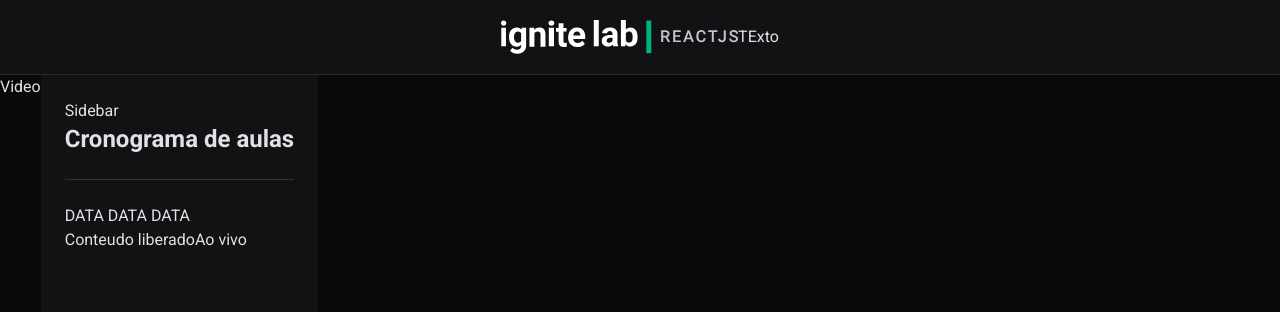
Repository: weltergab/Event_Plataform-IgniteLab
Page: /
An editor plug-in stored every save of this project. The page is shown before and after the next save, followed by the edit.
The browser window is 1280 px wide. The pictures show the whole page.
The page's requests for data from a server got no answer. The project was rebuilt for these pictures with package versions that can differ from the ones it lists, and the page was loaded fresh each time. No one was signed in, and anything a server would have sent is missing. Also part of the build but not shown: vite.config.ts.

Above is the page before, as saved 2022-06-24 16:52:50.

After the next save:
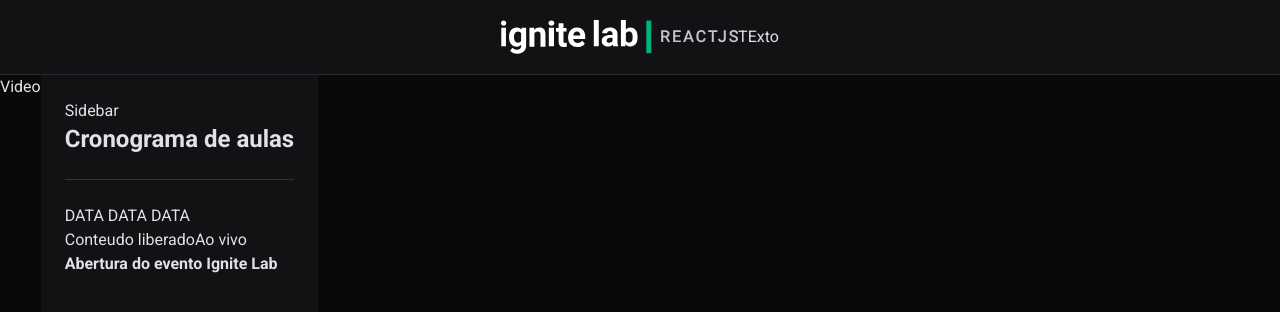
Saved 23 s later.
--- a/src/components/Lesson.tsx
+++ b/src/components/Lesson.tsx
@@ -15,6 +15,9 @@
                     </span>
                 </header>
             </div>
+            <strong>
+                Abertura do evento Ignite Lab
+            </strong>
         </a>
 
     )
